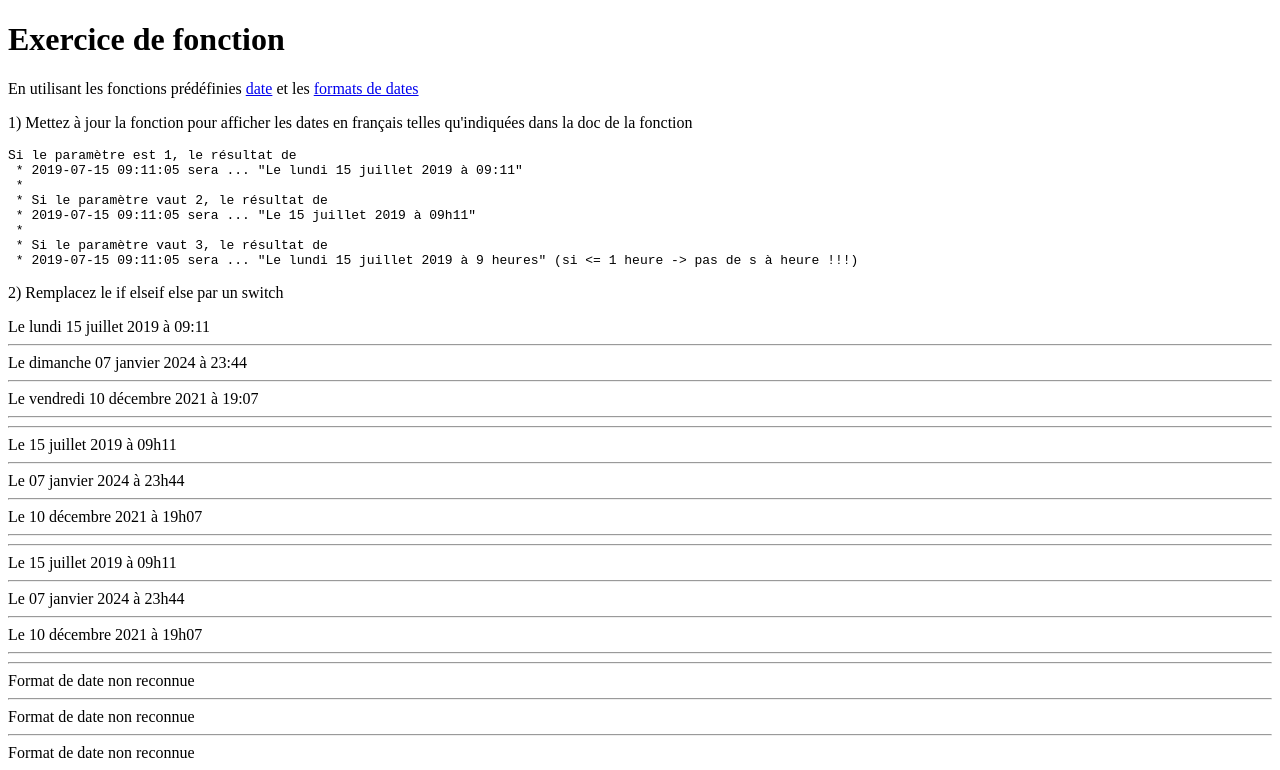
Repository: WebDevCF2m2021/base-php-2021
Page: http://localhost/20-dates-en-francais.php
The author's editor kept a copy of each file at every save. The page is drawn from the files as they stood at one save, then again after the next save.
The browser window is 1280 px wide. The pictures show the whole page.
The page is run by PHP 8.4 with error messages shown; the project is at /var/www/html/.

Above is the page before, as saved 2021-09-20 18:26:05.

After the next save:
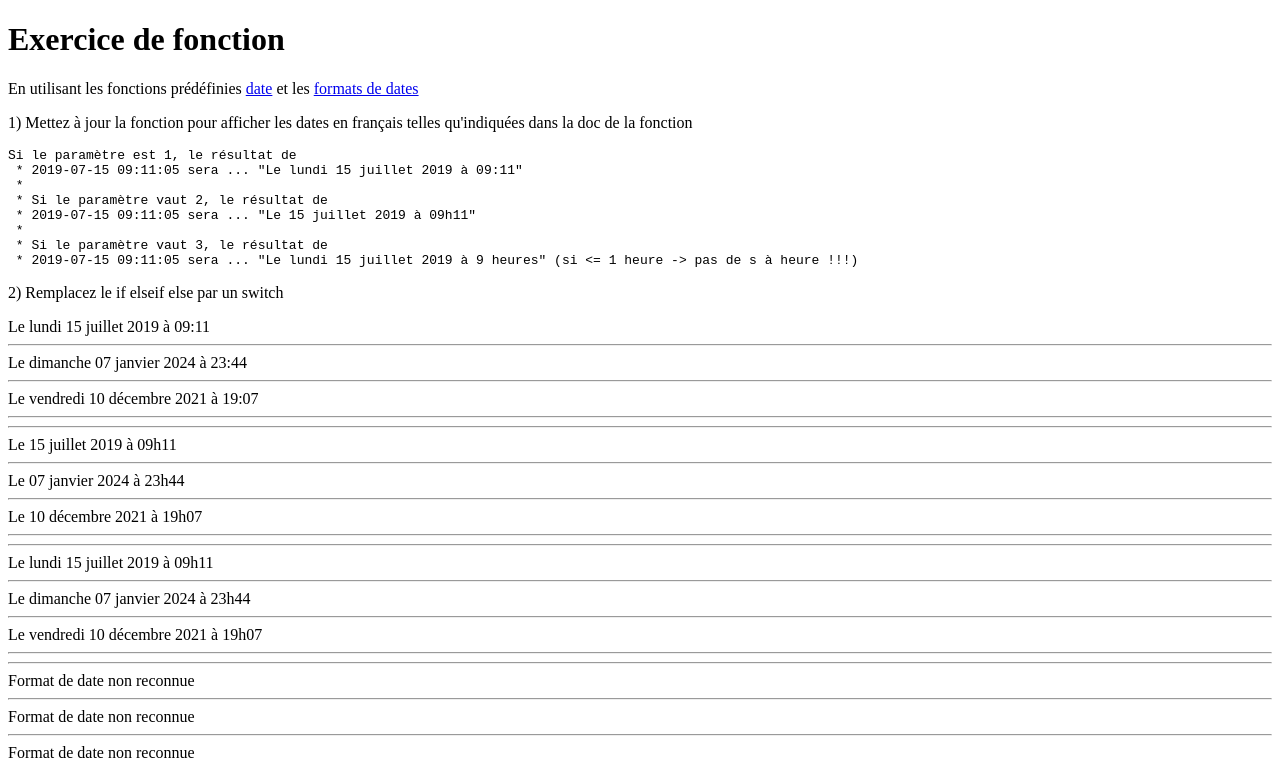
Saved 9 s later.
--- a/20-dates-en-francais.php
+++ b/20-dates-en-francais.php
@@ -44,6 +44,7 @@ function frenchDate($date,$format=1){
         .date("Y à H\hi",$date); // année / heures / minutes
     }elseif($format===3){
         $out.="Le "
+        .$joursTab[date("w",$date)]." " // jour de la semaine en français
         .date("d",$date)." " // chiffre du jour
         .$moisTab[date("n",$date)]." " // mois en français
         .date("Y à H\hi",$date); // année / heures / minutes
